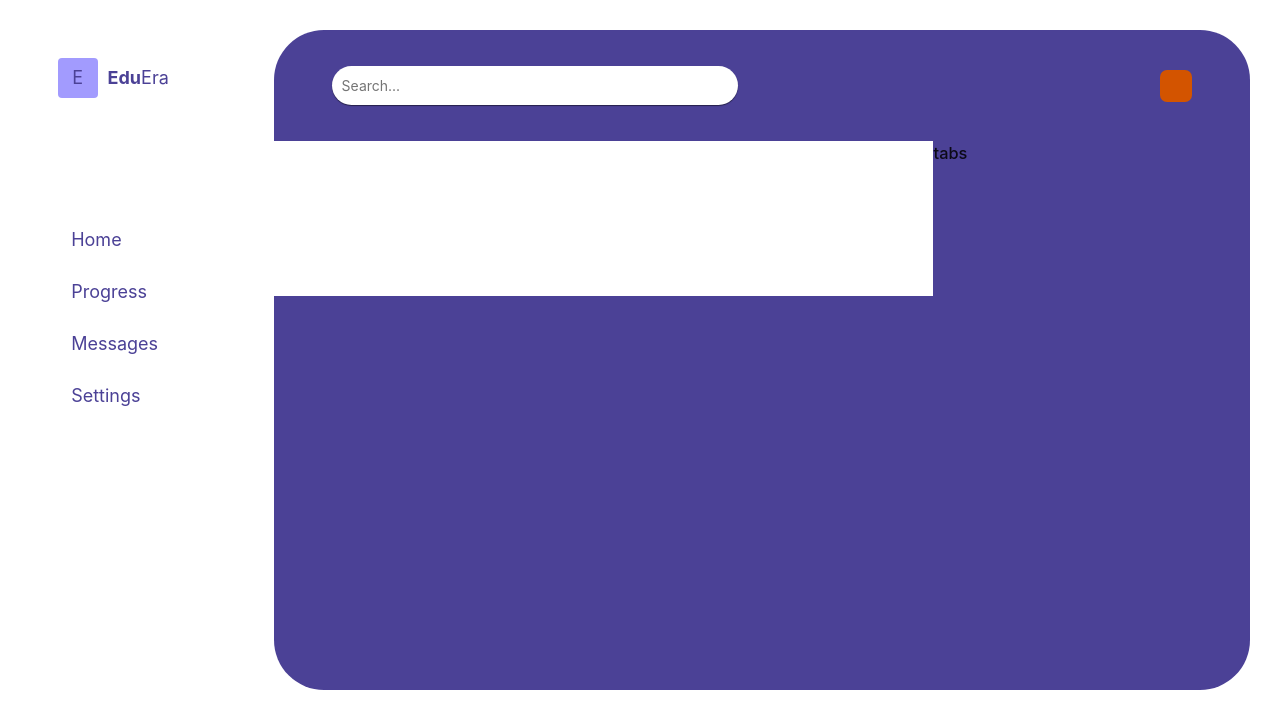
Repository: huynhnt1406/coursestorage
Page: /videodetail/1 (app in coursestorage/)
The author's editor kept a copy of each file at every save. The page is drawn from the files as they stood at one save, then again after the next save.
The browser window is 1280 px wide. The pictures show the whole page.
The page's requests for data from a server got no answer. The project was rebuilt for these pictures with package versions that can differ from the ones it lists, and the page was loaded fresh each time. No one was signed in, and anything a server would have sent is missing. Also part of the build but not shown: coursestorage/src/components/ListItems.vue, coursestorage/src/components/VideoList.vue, coursestorage/src/smallcomponents/Messages.vue, coursestorage/src/smallcomponents/Progress.vue, coursestorage/src/smallcomponents/Settings.vue.

Above is the page before, as saved 2021-05-01 23:21:07.

After the next save:
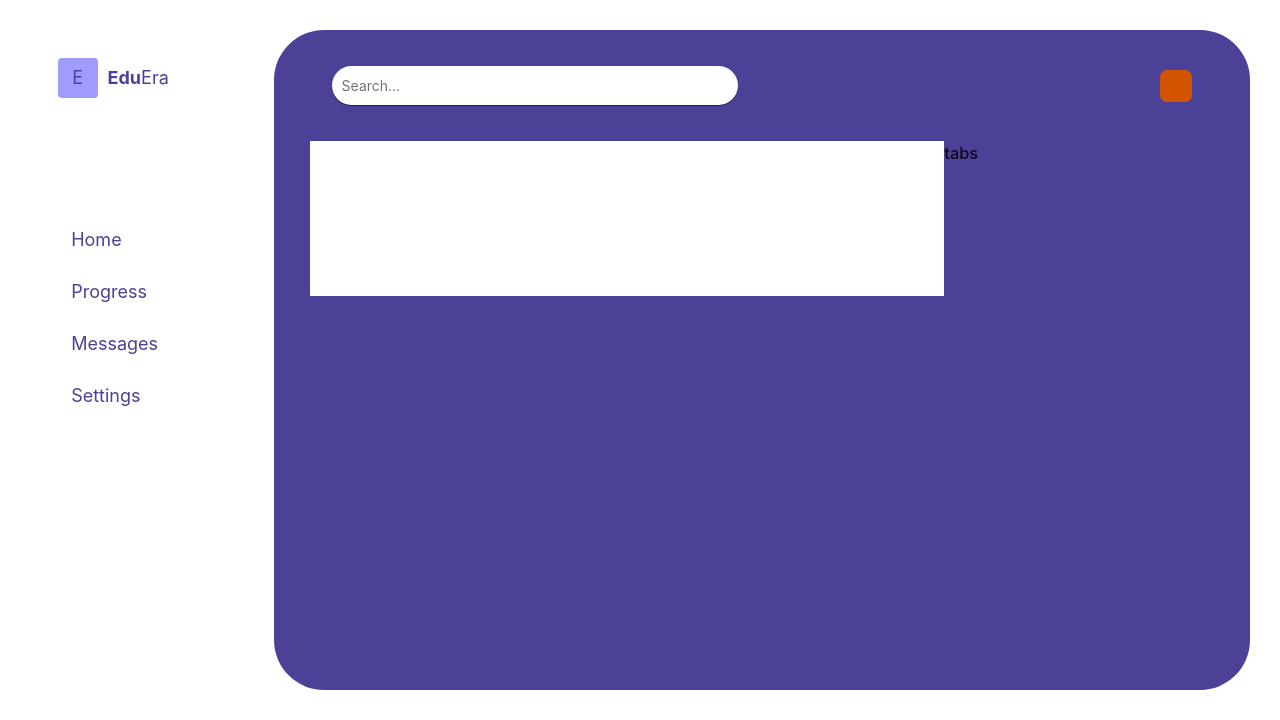
Saved 29 s later.
--- a/coursestorage/src/smallcomponents/VideoDetail.vue
+++ b/coursestorage/src/smallcomponents/VideoDetail.vue
@@ -47,4 +47,7 @@ export default {
     flex:0.7;
     background-color: white;
 }
+.video-detail{
+    margin-left: 5vh;
+}
 </style>
